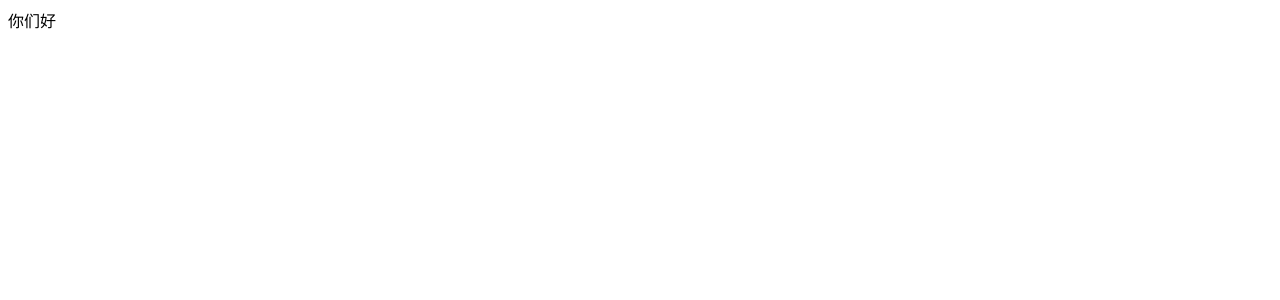
Repository: chenguocan/Vue_component
Page: props属性值类型.html
The author's editor kept a copy of each file at every save. The page is drawn from the files as they stood at one save, then again after a run of saves.
The browser window is 1280 px wide. The pictures show the whole page.

Above is the page before, as saved 2020-07-23 15:39:46.
Console error: SyntaxError: Unexpected token ';'

After the next 2 saves:
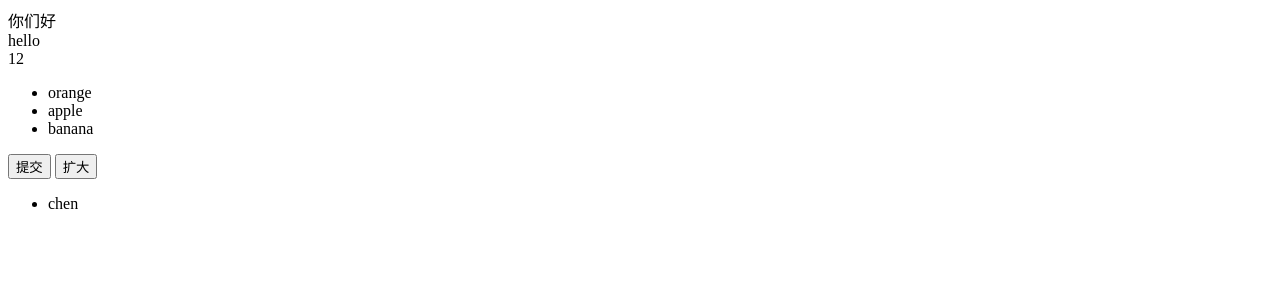
The error is gone.
The 2 saves are shown as one change because they came seconds apart.
The last was saved 6 s later.
--- a/props属性值类型.html
+++ b/props属性值类型.html
@@ -49,11 +49,11 @@
           name: "chen",
           age: "18",
           profession: "doctor",
-          fontsize:"10";
+          fontsize: "10",
         },
-        handle:function(){
-            this.fontsize++;
-        }
+        handle: function () {
+          this.fontsize++;
+        },
       },
     });
   </script>
